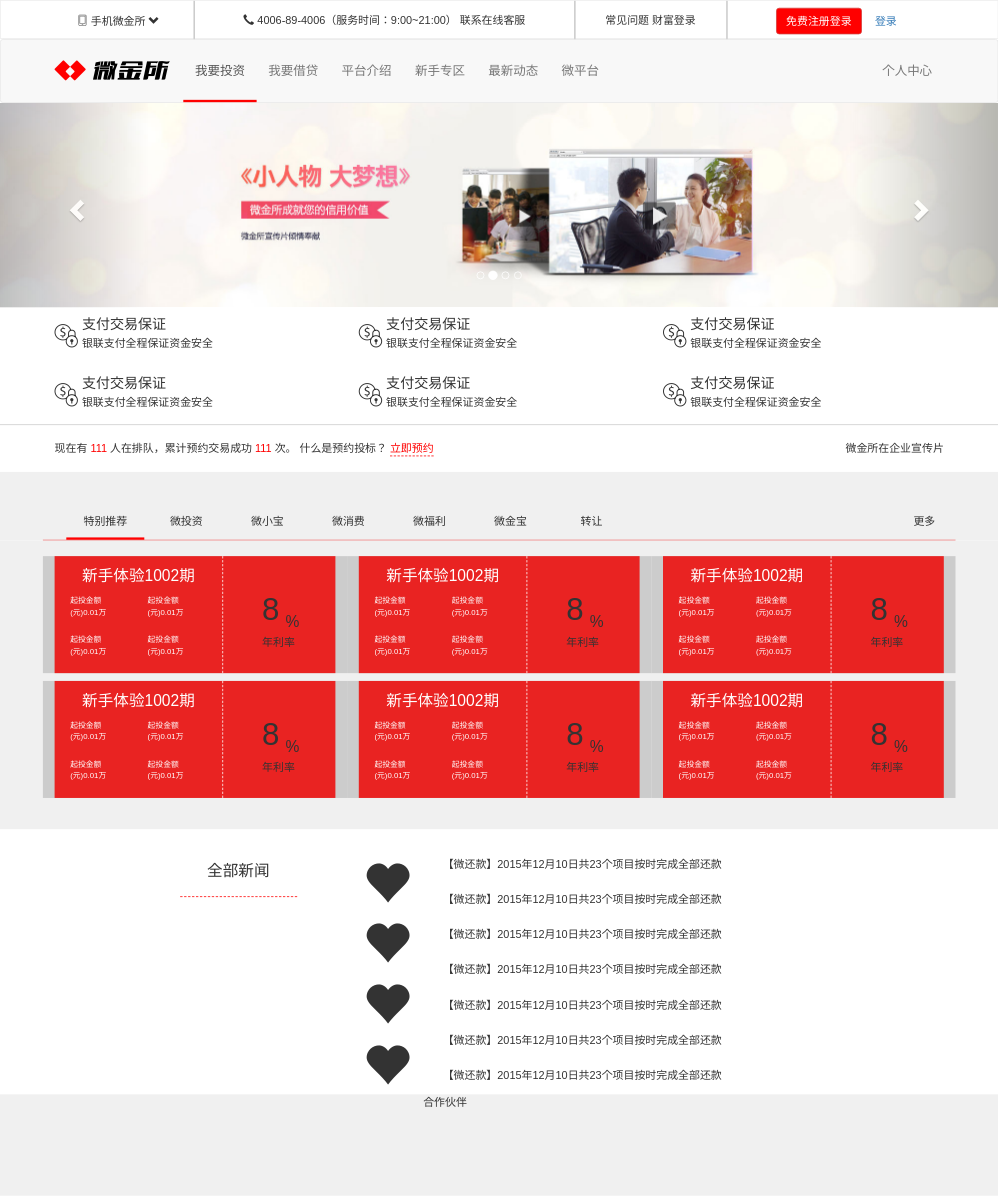
Repository: pwy114pwy/project_02
Page: 菜单.html
An editor plug-in stored every save of this project. The page is shown before and after the next save, followed by the edit.
The browser window is 1280 px wide. The pictures show the whole page, at 78% of full size.
The style sheet was rebuilt from its Sass, Less or Tailwind sources for each picture, by a compiler version that may differ from the author's.

Above is the page before, as saved 2022-11-23 18:21:32.

### 菜单.html
<!DOCTYPE html>
<html lang="en">

<head>
    <!-- 页面的编码格式 -->
    <meta charset="UTF-8">
    <!-- 为了使IE浏览器以最新浏览器edge来渲染页面 -->
    <meta http-equiv="X-UA-Compatible" content="IE=edge">
    <!-- 视口vp，针对于移动端 -->
    <meta name="viewport" content="width=device-width, initial-scale=1.0">
    <!-- 引入Bootstrap框架的CSS样式 -->
    <link rel="stylesheet" href="./lib/bootstrap/css/bootstrap.css">
    <link rel="stylesheet" href="./css/base.css">
    <link rel="stylesheet" href="./css/01.css">
    <title>Document</title>
</head>

<body>
    <header class="wjs-top hidden-xs hidden-sm">
        <div class="container">
            <div class="row">
                <div class="col-md-2">
                    <a href="">
                        <span class="wjs_icon wjs_icon_phone"></span>
                        <span>手机微金所</span>
                        <span class="glyphicon glyphicon-chevron-down"></span>
                        <img src="./images/code.jpg" alt="">
                    </a>
                </div>
                <div class="col-md-5">
                    <span class="glyphicon glyphicon-earphone"></span>
                    <span>4006-89-4006（服务时间：9:00~21:00） 联系在线客服</span>
                </div>
                <div class="col-md-2">
                    <a href="">常见问题</a>
                    <a href="">财富登录</a>
                </div>
                <div class="col-md-3">
                    <button type="button" class="btn btn-danger">免费注册登录</button>


                    <button type="button" class="btn btn-link">登录</button>
                </div>
            </div>
        </div>
    </header>


    <nav class="navbar navbar-default wjs-navbar">
        <div class="container">
            <!-- Brand and toggle get grouped for better mobile display -->
            <div class="navbar-header">
                <button type="button" class="navbar-toggle collapsed" data-toggle="collapse"
                    data-target="#bs-example-navbar-collapse-1" aria-expanded="false">
                    <span class="sr-only">Toggle navigation</span>
                    <span class="icon-bar"></span>
                    <span class="icon-bar"></span>
                    <span class="icon-bar"></span>
                </button>
                <a class="navbar-brand" href="#">
                    <span class="wjs_icon wjs_icon_logo"></span>
                    <span class="wjs_icon wjs_icon_text"></span>
                </a>
            </div>

            <!-- Collect the nav links, forms, and other content for toggling -->
            <div class="collapse navbar-collapse" id="bs-example-navbar-collapse-1">
                <ul class="nav navbar-nav wjs-navbar-nav">
                    <li class="active"><a href="#">我要投资 <span class="sr-only">(current)</span></a></li>
                    <li><a href="#">我要借贷</a></li>
                    <li><a href="#">平台介绍</a></li>
                    <li><a href="#">新手专区</a></li>
                    <li><a href="#">最新动态</a></li>
                    <li><a href="#">微平台</a></li>

                </ul>

                <ul class="nav navbar-nav navbar-right">
                    <li><a href="#">个人中心</a></li>

                </ul>
            </div><!-- /.navbar-collapse -->
        </div><!-- /.container-fluid -->
    </nav>

    <div class="lunbo visible-md visible-lg">
        <div id="carousel-example-generic" class="carousel slide" data-ride="carousel">
            <!-- Indicators -->
            <ol class="carousel-indicators">
              <li data-target="#carousel-example-generic" data-slide-to="0" class="active"></li>
              <li data-target="#carousel-example-generic" data-slide-to="1"></li>
              <li data-target="#carousel-example-generic" data-slide-to="2"></li>
              <li data-target="#carousel-example-generic" data-slide-to="3"></li>
            </ol>

            <!-- Wrapper for slides -->
            <div class="carousel-inner" role="listbox">
              <div class="item active">
                <img src="./images/slide_01_2000x410.jpg" alt="...">
                <div class="carousel-caption">

                </div>
              </div>
              <div class="item">
                <img src="./images/slide_02_2000x410.jpg" alt="...">
                <div class="carousel-caption">

                </div>
              </div>
              <div class="item">
                <img src="./images/slide_03_2000x410.jpg" alt="...">
                <div class="carousel-caption">

                </div>
              </div>
              <div class="item">
                <img src="./images/slide_04_2000x410.jpg" alt="...">
                <div class="carousel-caption">

                </div>
              </div>

            </div>

            <!-- Controls -->
            <a class="left carousel-control" href="#carousel-example-generic" role="button" data-slide="prev">
              <span class="glyphicon glyphicon-chevron-left" aria-hidden="true"></span>
              <span class="sr-only">Previous</span>
            </a>
            <a class="right carousel-control" href="#carousel-example-generic" role="button" data-slide="next">
              <span class="glyphicon glyphicon-chevron-right" aria-hidden="true"></span>
              <span class="sr-only">Next</span>
            </a>
          </div>
    </div>

    <div class="baozhang">
        <div class="container">
            <div class="row">
                <div class="col-sm-6 col-md-4">
                    <span class="wjs_icon wjs_icon_E900"></span>
                    <div class="right">
                        <a href="">支付交易保证</a>
                        <a href="">银联支付全程保证资金安全</a>
                    </div>
                </div>
                <div class="col-sm-6 col-md-4">
                    <span class="wjs_icon wjs_icon_E900"></span>
                    <div class="right">
                        <a href="">支付交易保证</a>
                        <a href="">银联支付全程保证资金安全</a>
                    </div>
                </div>
                <div class="col-sm-6 col-md-4">
                    <span class="wjs_icon wjs_icon_E900"></span>
                    <div class="right">
                        <a href="">支付交易保证</a>
                        <a href="">银联支付全程保证资金安全</a>
                    </div>
                </div>
                <div class="col-sm-6 col-md-4">
                    <span class="wjs_icon wjs_icon_E900"></span>
                    <div class="right">
                        <a href="">支付交易保证</a>
                        <a href="">银联支付全程保证资金安全</a>
                    </div>
                </div>
                <div class="col-sm-6 col-md-4">
                    <span class="wjs_icon wjs_icon_E900"></span>
                    <div class="right">
                        <a href="">支付交易保证</a>
                        <a href="">银联支付全程保证资金安全</a>
                    </div>
                </div>
                <div class="col-sm-6 col-md-4">
                    <span class="wjs_icon wjs_icon_E900"></span>
                    <div class="right">
                        <a href="">支付交易保证</a>
                        <a href="">银联支付全程保证资金安全</a>
                    </div>
                </div>


            </div>

        </div>
    </div>

    <div class="paidui">
        <div class="container">
            <a href="">现在有</a>
            <p>111</p>
            <a href="">人在排队，累计预约交易成功</a>
            <p>111</p>
            <a href="">次。 什么是预约投标？ </a>
            <p class="yuyue">立即预约</p>
            <a href="" class="visible-lg">微金所在企业宣传片</a>
        </div>

    </div>


    <div class="xialiebiao">

        <div class="container">
            <div class="row">
                <div><a href="#">特别推荐 <span class="sr-only">(current)</span></a></div>
                <div><a href="#">微投资</a></div>
                <div><a href="#">微小宝</a></div>
                <div><a href="#">微消费</a></div>
                <div><a href="#">微福利</a></div>
                <div><a href="#">微金宝</a></div>
                <div><a href="#">转让</a></div>
                <div class="hidden-sm hidden-xs hidden-md"><a href="#">更多</a></div>
            </div>

        </div>




    </div>

    <div class="touzi">
        <div class="container">
            <div class="row">
                <div class="col-xs-12 col-sm-6  col-md-4">
                    <div>
                        <div class="left">
                            <div class="top">
                                <a href="">新手体验1002期</a>
                            </div>
                            <div class="bottom">
                                <p>起投金额(元)0.01万</p>
                                <p>起投金额(元)0.01万</p>
                                <p>起投金额(元)0.01万</p>
                                <p>起投金额(元)0.01万</p>
                            </div>
                        </div>
                        <div class="right">

                                <a href="">8</a>
                                <a href="">%</a>
                                <a href="">年利率</a>
                        </div>
                    </div>
                </div>

                <div class="col-xs-12 col-sm-6  col-md-4">
                    <div>
                        <div class="left">
                            <div class="top">
                                <a href="">新手体验1002期</a>
                            </div>
                            <div class="bottom">
                                <p>起投金额(元)0.01万</p>
                                <p>起投金额(元)0.01万</p>
                                <p>起投金额(元)0.01万</p>
                                <p>起投金额(元)0.01万</p>
                            </div>
                        </div>
                        <div class="right">

                                <a href="">8</a>
                                <a href="">%</a>
                                <a href="">年利率</a>
                        </div>
                    </div>
                </div>

                <div class="col-xs-12 col-sm-6  col-md-4">
                    <div>
                        <div class="left">
                            <div class="top">
                                <a href="">新手体验1002期</a>
                            </div>
                            <div class="bottom">
                                <p>起投金额(元)0.01万</p>
                                <p>起投金额(元)0.01万</p>
                                <p>起投金额(元)0.01万</p>
                                <p>起投金额(元)0.01万</p>
                            </div>
                        </div>
                        <div class="right">

                                <a href="">8</a>
                                <a href="">%</a>
                                <a href="">年利率</a>
                        </div>
                    </div>
                </div>

                <div class="col-xs-12 col-sm-6  col-md-4">
                    <div>
                        <div class="left">
                            <div class="top">
                                <a href="">新手体验1002期</a>
                            </div>
                            <div class="bottom">
                                <p>起投金额(元)0.01万</p>
                                <p>起投金额(元)0.01万</p>
                                <p>起投金额(元)0.01万</p>
                                <p>起投金额(元)0.01万</p>
                            </div>
                        </div>
                        <div class="right">

                                <a href="">8</a>
                                <a href="">%</a>
                                <a href="">年利率</a>
                        </div>
                    </div>
                </div>

                <div class="col-xs-12 col-sm-6  col-md-4">
                    <div>
                        <div class="left">
                            <div class="top">
                                <a href="">新手体验1002期</a>
                            </div>
                            <div class="bottom">
                                <p>起投金额(元)0.01万</p>
                                <p>起投金额(元)0.01万</p>
                                <p>起投金额(元)0.01万</p>
                                <p>起投金额(元)0.01万</p>
                            </div>
                        </div>
                        <div class="right">

                                <a href="">8</a>
                                <a href="">%</a>
                                <a href="">年利率</a>
                        </div>
                    </div>
                </div>

                <div class="col-xs-12 col-sm-6  col-md-4">
                    <div>
                        <div class="left">
                            <div class="top">
                                <a href="">新手体验1002期</a>
                            </div>
                            <div class="bottom">
                                <p>起投金额(元)0.01万</p>
                                <p>起投金额(元)0.01万</p>
                                <p>起投金额(元)0.01万</p>
                                <p>起投金额(元)0.01万</p>
                            </div>
                        </div>
                        <div class="right">

                                <a href="">8</a>
                                <a href="">%</a>
                                <a href="">年利率</a>
                        </div>
                    </div>
                </div>

            </div>
        </div>
    </div>

    <div class="news">
        <div class="container">
            <div class="row">
                <div class="col-sm-4 col-md-4 col-lg-4 col-push-3">
                    <a href="">全部新闻</a>
                </div>

                <div class="col-sm-1 col-md-1 col-lg-1">
                    <ul>
                        <li class="glyphicon glyphicon-heart"></li>
                        <li class="glyphicon glyphicon-heart"></li>
                        <li class="glyphicon glyphicon-heart"></li>
                        <li class="glyphicon glyphicon-heart"></li>

                    </ul>
                </div>
                <div class="col-sm-7 col-md-7 col-lg-7">
                    <div>
                        <ul>
                            <li><a href="">【微还款】2015年12月10日共23个项目按时完成全部还款</a></li>
                            <li><a href="">【微还款】2015年12月10日共23个项目按时完成全部还款</a></li>
                            <li><a href="">【微还款】2015年12月10日共23个项目按时完成全部还款</a></li>
                            <li><a href="">【微还款】2015年12月10日共23个项目按时完成全部还款</a></li>
                            <li><a href="">【微还款】2015年12月10日共23个项目按时完成全部还款</a></li>
                            <li><a href="">【微还款】2015年12月10日共23个项目按时完成全部还款</a></li>
                            <li><a href="">【微还款】2015年12月10日共23个项目按时完成全部还款</a></li>

                        </ul>
                    </div>
                </div>
            </div>
        </div>
    </div>

    <div class="hezuo">
        <div class="container">
            <a href="">合作伙伴</a>
        </div>
    </div>


    <script src="./lib/jquery/jquery.js"></script>
    <script src="./lib/bootstrap/js/bootstrap.js"></script>
</body>

</html>

### css/01.less
.wjs-top {
    line-height: 50px;
    height: 50px;
    border: 1px solid #eee;

    .row {
        >div {
            text-align: center;
            height: 50px;

            &:nth-child(-n+3) {
                border-right: 2px solid #ccc;
            }

            a {
                position: relative;
                display: block;

                &:hover {
                    img {
                        z-index: 999;
                        display: block;
                    }
                }

                img {
                    display: none;
                    position: absolute;
                    top: 50px;
                    left: 26px;
                    border: 1px solid #ccc;
                    border-top: 0;
                }

            }

            &:nth-child(3) {
                a {
                    display: inline;
                }
            }

            &:nth-child(4) {
                button {
                    &:nth-child(1) {
                        background-color: red;
                    }
                }
            }

        }

    }
}

.wjs-navbar {
    margin-bottom: 0;
    .wjs-navbar-nav {
        a {
            height: 80px;
            line-height: 50px;
            font-size: 16px;

            &:hover {
                border-bottom: 3px solid red;
            }
        }

        .active {
            a {
                border-bottom: 3px solid red;
                background-color: transparent;

                &:hover {
                    background-color: transparent;

                }
            }
        }
    }

    .navbar-header {
        button {
            margin-top: 24px;
        }
    }

    .navbar-right {
        li {
            a {
                height: 80px;
                line-height: 50px;
                font-size: 16px;

                &:hover {
                    border-bottom: 3px solid red;
                }
            }
        }
    }

    .navbar-brand {
        span {
            height: 80px;
            line-height: 50px;
            font-size: 40px;

            &:nth-child(1) {
                color: red;
            }

            &:nth-child(2) {
                color: black;
            }
        }
    }
}


.baozhang {
    border-bottom: 1px solid #ccc;
    // position: relative;
    // height: 150px;
    // background-color: aqua;
    .row {
        div {
            // width: 390px;
            height: 75px;

            // background-color: rgb(180, 73, 73);

            span {
                line-height: 75px;
                display: inline-block;
                font-size: 30px;
            }

            .right {
                // width: 300px;
                position: absolute;
                top: 10px;
                left: 50px;
                height: 50px;

                // background-color: antiquewhite;
                a:nth-child(1) {
                    font-size: 18px;
                    display: block;
                    // background-color: aqua;
                }
            }
        }
    }
}

.paidui {
    position: relative;
    // display: flex;
    // top: 20px;

    // height: 60px;
    // background-color: blueviolet;
    a{
        height: 60px;
        line-height: 60px;
    }
    a:last-child {

        float: right;
    }

    p {
        height: 20px;
        line-height: 35 px;
        display: inline-block;
        color: red;
    }
    .yuyue{
        border-bottom: 1px dashed red;
    }
}

.xialiebiao {
    .container{
        border-bottom: 1px solid rgb(237, 73, 73);
    }
    background-color: #f0f0f0;
    // height: 90px;
    padding-top: 40px;
    .row{
        position: relative;
        left: 30px;
        div{
            text-align: center;
            display: inline-block;
            width: 100px;
            height: 47px;
            line-height: 47px;
            // background-color: antiquewhite;
            &:first-child{
                border-bottom: 3px solid red;
            }
            &:last-child{
                position: absolute;
                left: 1050px;
            }
            &:hover{
                border-bottom: 3px solid red;

            }
        }
    }
}
.touzi{

    background-color: #f0f0f0;

    .row{
        padding-top: 10px;
        padding-bottom: 40px;
        >div{
            margin-top: 10px;
            position: relative;
            display: inline-block;
            // width: 390px;
            height: 150px;
            // border: 1px solid red;
            background-color: #ccc;
            >div{
                // width: 360px;
                height: 150px;
                display: flex;
                background-color: #e92322;
                .left{

                    width: 60%;
                    height: 150px;
                    border-right: 1px dashed white;

                    .top{
                        text-align: center;
                        height: 50px;
                        line-height: 50px;
                        a{
                            color: white;
                            font-size: 20px;
                        }
                        // background-color: azure;
                    }
                    .bottom{
                        // display: flex;
                        p{
                            font-size: 10px;
                            margin-left: 20px;
                            // float: left;
                            // flex-wrap: wrap;
                            width: 35%;
                            height: 40px;
                            // background-color: #ccc;
                            display: inline-block;
                            // display: flex;
                            color: white;

                        }
                    }
                }
                .right{
                    position: relative;
                    width: 40%;
                    height: 150px;

                    a{
                        position: absolute;
                        display: inline-block;
                        &:first-child{
                            top: 40px;
                            left: 50px;
                            font-size: 40px;
                            // background-color: #e92322;
                        }
                        &:nth-child(2){
                            font-size: 20px;
                            top: 70px;
                            left: 80px;
                            // background-color: azure;
                        }
                        &:last-child{
                            top: 100px;
                            left:50px;
                        }
                    }

                }
            }
        }
    }
}
.news{
    margin-top: 20px;
    height: 320px;
    .row{
        div:nth-child(1){

            height: 66.7px;
            // background-color: #e92322;
           > a{  text-align: center;
                width: 150px;
                font-size: 20px;
                position: absolute;
                left: 45%;
                line-height: 66px;
                border-bottom: 1px dashed red;
            }
        }
        div:nth-child(2){

            // background-color: #22e961;
            ul{
                margin-left: -55px;
                display: flex;
                flex-wrap: wrap;
            }
            li{
                // float: left;
                // border-radius: 50%;
                margin-left: 20px;
                margin-top: 18px;
                list-style: none;
                width: 60px;
                height: 60px;
                // background-color: #e92322;
                font-size: 60px;
                &:hover{
                    background-color: #eee;
                }
            }
        }
        div:nth-child(3){
            height: 320px;
            // background-color: #2233e9;
            div{
                ul{
                    margin-left: -30px;
                }
                li{
                    margin-top: 5px;
                    list-style: none;
                    height: 40px;
                    // background-color: #e92322;
                    a{
                        line-height: 40px;
                        // display: inline-block;
                    }
                }
            }
        }
    }
}
.hezuo{
    background-color: #f0f0f0;
    height: 130px;
}

Loaded but not shown: lib/bootstrap/css/bootstrap.css (library); lib/jquery/jquery.js (library); lib/bootstrap/js/bootstrap.js (library); css/base.css (120 lines, source omitted)

After the next save:
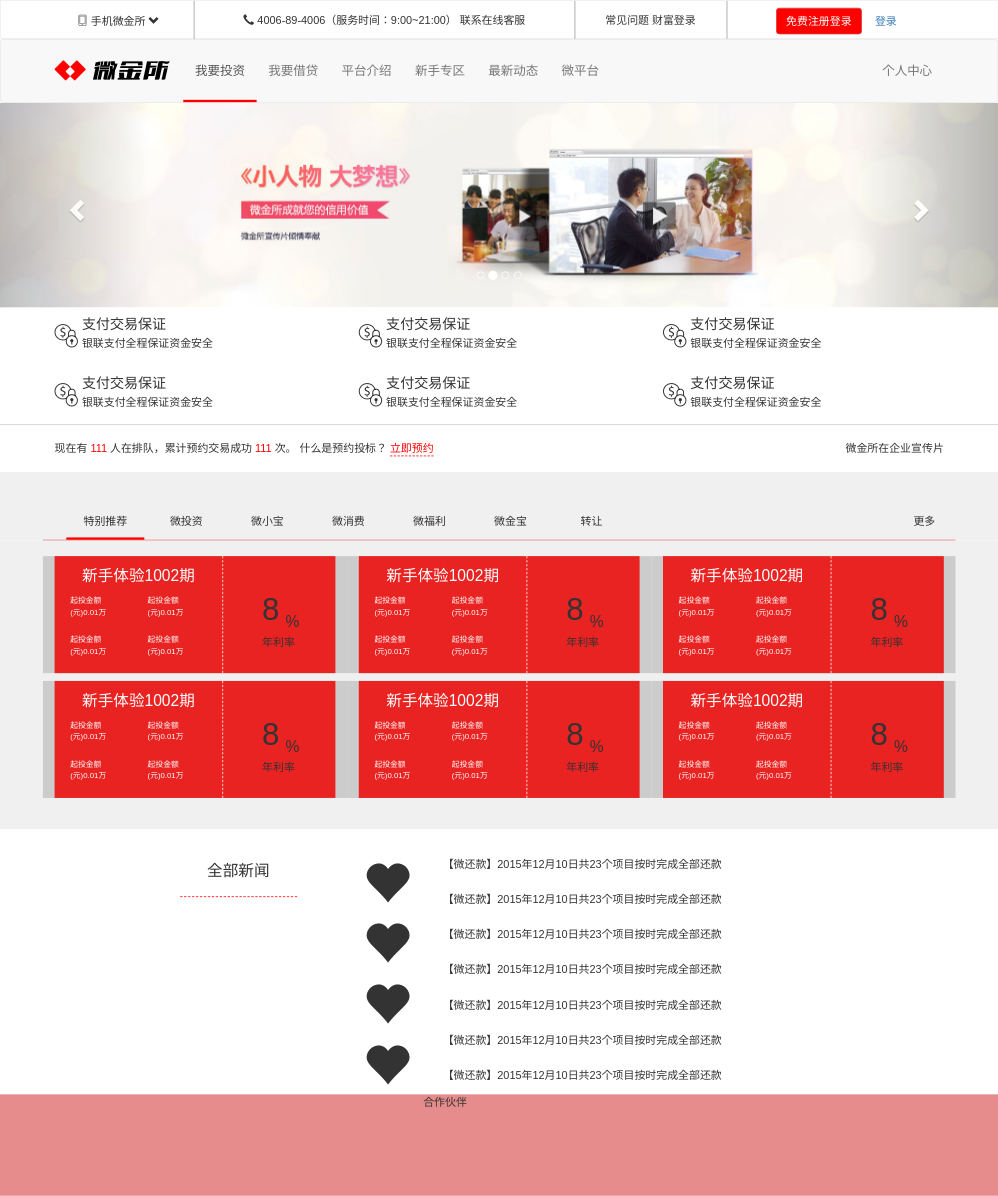
Saved 11 s later.
--- a/css/01.less
+++ b/css/01.less
@@ -357,6 +357,6 @@
     }
 }
 .hezuo{
-    background-color: #f0f0f0;
+    background-color: #e78c8c;
     height: 130px;
 }
